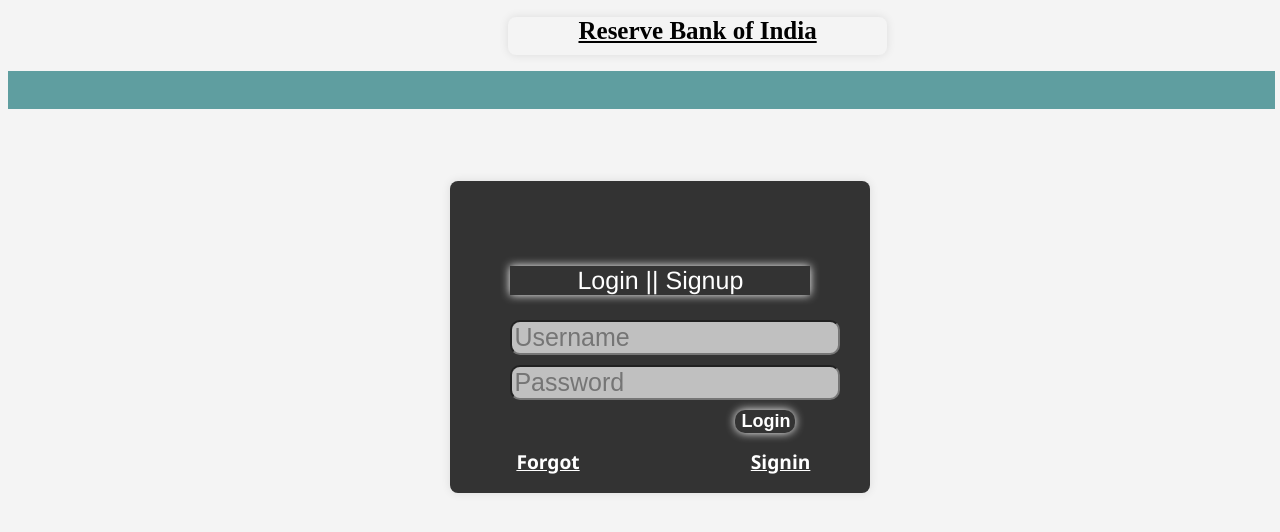
Repository: AbhishekSinghChouhan45/JSP-Projects
Page: http://localhost/BankProject/
An editor plug-in stored every save of this project. The page is shown before and after the next save, followed by the edit.
The browser window is 1280 px wide. The pictures show the whole page.
The page is served by Tomcat 10.

Above is the page before, as saved 2023-12-09 06:03:00.

After the next save:
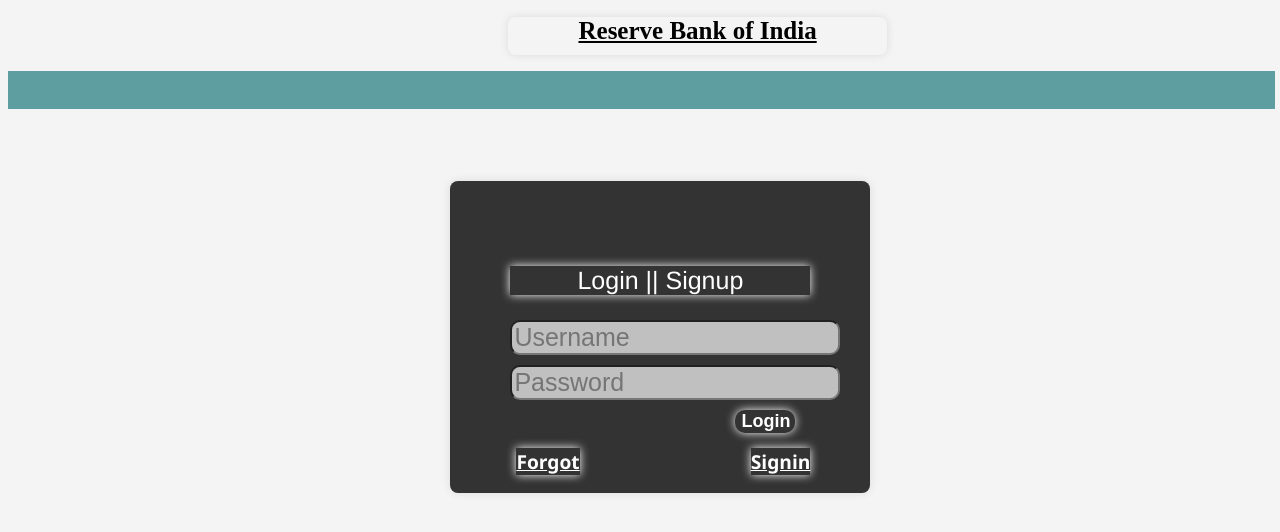
Saved 5 s later.
--- a/BankProject/src/main/webapp/style.css
+++ b/BankProject/src/main/webapp/style.css
@@ -80,5 +80,6 @@
 	border-style: hidden;
 	font-family: 'Segoe UI', Tahoma, Geneva, Verdana, sans-serif;
 	font-weight: 600;
+	  	box-shadow:  0 0 10px rgb(255, 255, 255);
 }
 /*Signin css properties*/
